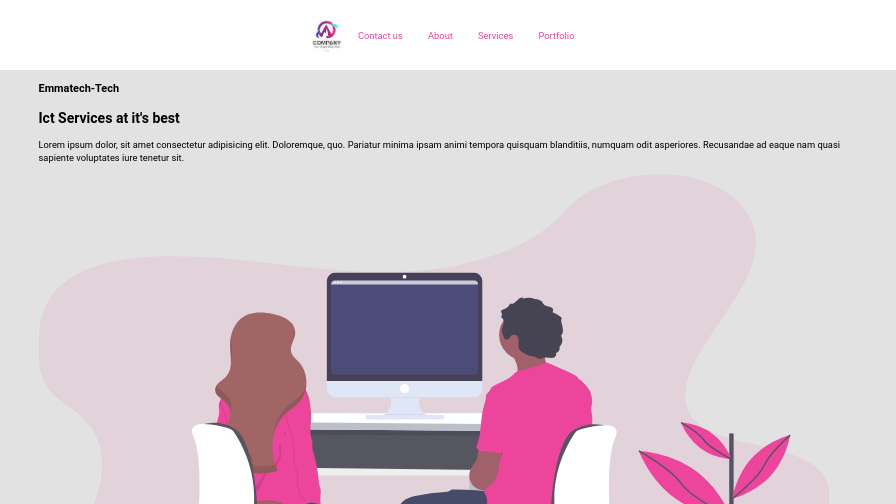
Repository: wisdomspine/emmatech-website
Page: index.html
The author's editor kept a copy of each file at every save. The page is drawn from the files as they stood at one save, then again after the next save.
The browser window is 1280 px wide. The pictures show the whole page, at 70% of full size.

Above is the page before, as saved 2020-10-05 11:22:04.

After the next save:
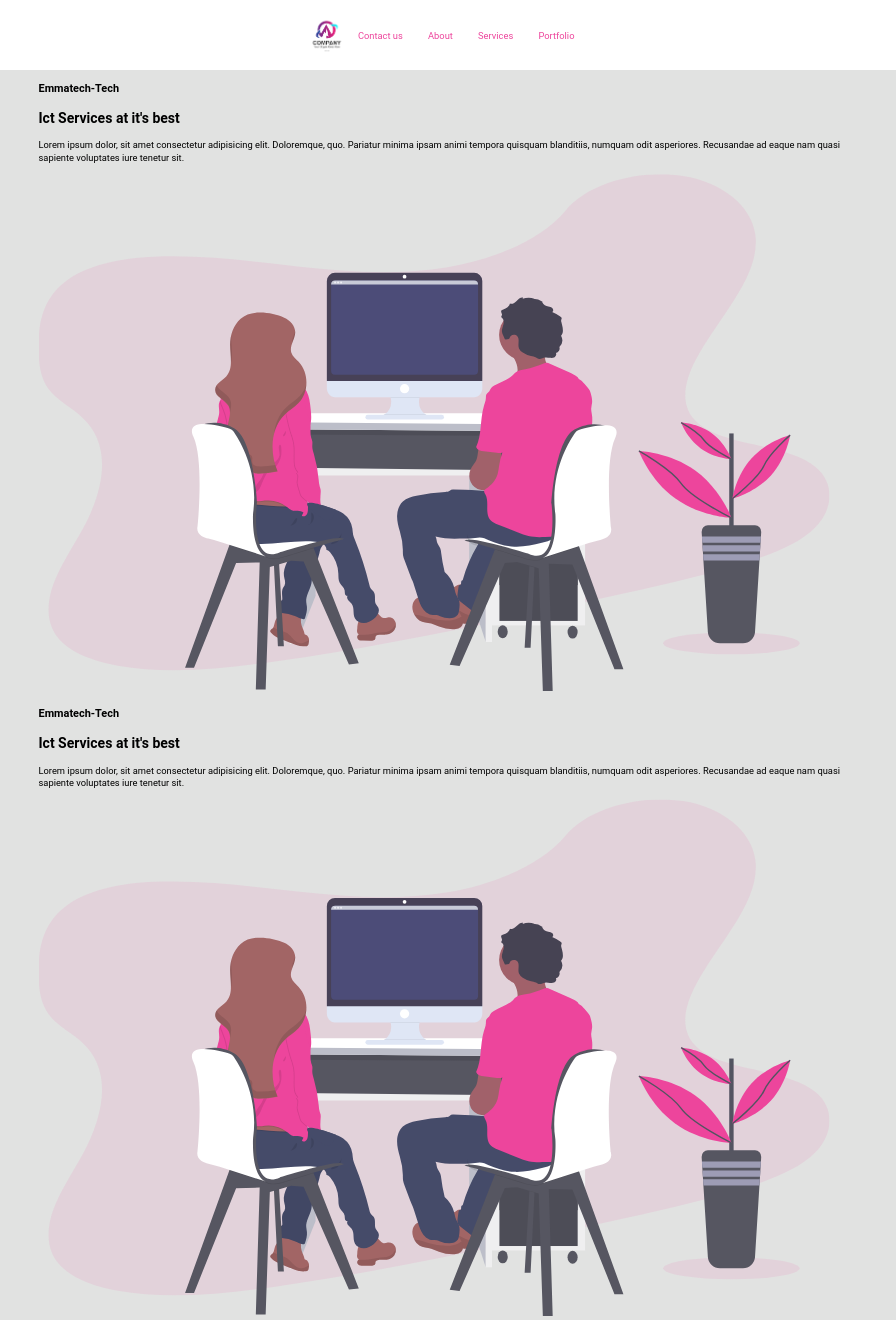
Saved 31 s later.
--- a/assets/styles/home-slide.css
+++ b/assets/styles/home-slide.css
@@ -1,5 +1,5 @@
 @import "./variables.css";
 .home-slide {
-  height: calc(100vh - var(--header-height));
+  /* height: calc(100vh - var(--header-height)); */
   overflow: hidden;
 }
